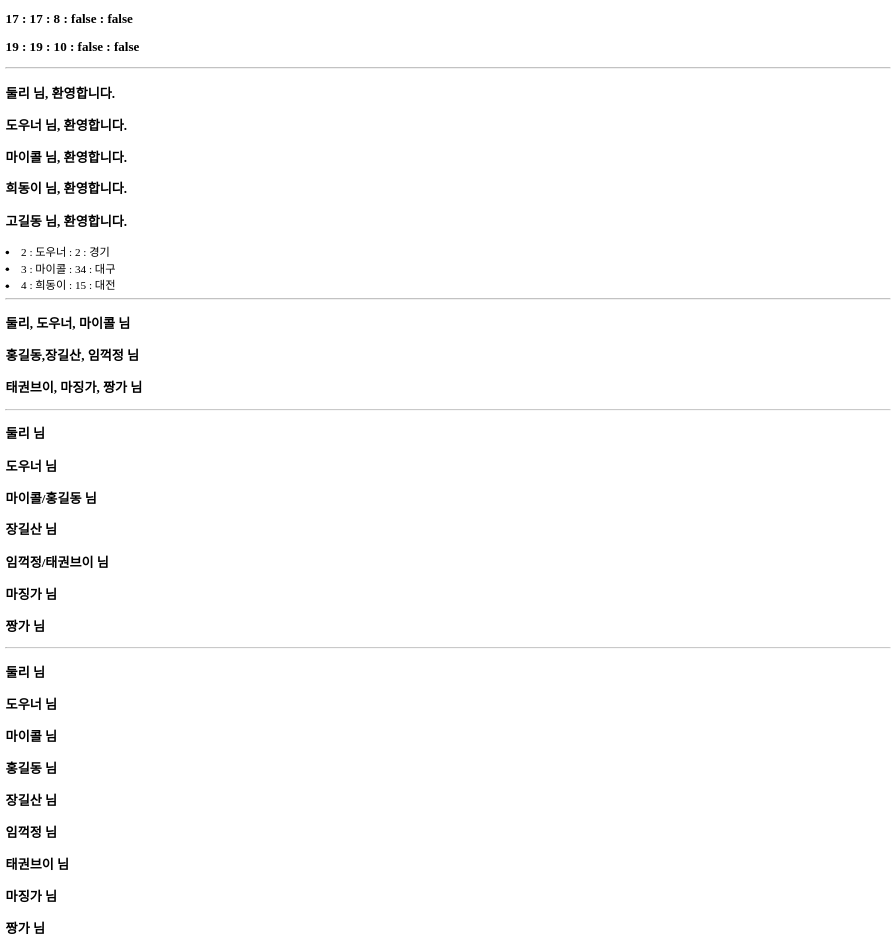
Repository: hagjun/jspstudy
Page: http://localhost/01_servlet/jsp/ex09_jstl.jsp
An editor plug-in stored every save of this project. The page is shown before and after a run of saves, followed by the edit.
The browser window is 1280 px wide. The pictures show the part of the page from y = 1385 to 3305 px (the page is 2743 px tall before and 3305 px after), at 70% of full size.
The page is served by Tomcat 9. Other server files are loaded and not shown.

Above is the page before, as saved 2024-03-07 03:41:31.

### 01_servlet/src/main/webapp/jsp/ex09_jstl.jsp
<%@page import="java.util.ArrayList"%>
<%@page import="java.util.List"%>
<%@page import="com.ict.db.VO"%>
<%@ page language="java" contentType="text/html; charset=UTF-8"
    pageEncoding="UTF-8"%>
<%@ taglib prefix="c" uri="http://java.sun.com/jsp/jstl/core" %>
<%@ taglib prefix="fmt" uri="http://java.sun.com/jsp/jstl/fmt" %>
<!DOCTYPE html>
<html>
<head>
<meta charset="UTF-8">
<title>JSTL</title>
</head>
<body>
<%--
	JSTL(JSP Standard Tag Library)
	1. 라이브러리 다운받아서 해당 프로젝트에 넣기 (tomcat.apache.org)
	2. 다운받은 4개의 파일을 WEB-INF 안에 lib 폴더를 만들어서 넣어주자.
	3. JSTL을 사용하기 위해서는 지시어 중 taglib 지시어 선언하고 사용한다. (보통은 page 지시어 밑에 사용)
		코어  : <%@ taglib prefix="c" uri="http://java.sun.com/jsp/jstl/core" %>
		포맷팅 : <%@ taglib prefix="fmt" uri="http://java.sun.com/jsp/jstl/fmt" %>
	4. 사용법  : 코어 = <c:사용명령어>, 포맷팅 = <fmt:사용명령어>
--%>
	<%-- 1. 변수생성 및 데이터 저장 : 디폴트는 pageContext 에 저장 --%>
	<%-- 변수생성 명령어 (set) => <c:set var="변수명" value="데이터값" ></c:set> --%>
	<c:set var="str" value="Hello JSTL!!" />

	<%-- 변수출력 명령어 (out) => <c:out value="출력할 데이터 또는 EL사용"/> --%>
	<c:out value="str"/> <br> <%-- str 문자열 출력 --%>
	<c:out value="${str }"/> <br> <%-- 변수값 str 출력 --%>

	<%-- pageContext에 저장되기 때문에 EL 사용 가능 --%>
	${str }

	<%-- 변수 삭제 (remove) --%>
	<c:remove var="str"/><%-- 변수 str --%>
	<c:out value="${str }"/>
	${str } <br>
	<hr>

	<%--
		if 문 : else 가 없다. 조건식이 참일 때 만 실행
		<c:if test="조건식(관계연산, 비교연산, 논리연산 -> EL방식으로 작성) var="변수""></c:if>
			조건식이 참일때 실행할 문장
	 --%>
	<c:if test="${4>3}" >
		<h2>결과 : 참이라서 실행</h2>
	</c:if>
	<hr>

	<c:if test="${4<3}" >
		<h2>결과 : 거짓이라서 실행불가</h2>
	</c:if>
	<hr>

	<%-- avg 가 80 이상이면 합격 >=(ge) --%>
	<c:set var="avg" value="90" />
	<%-- <c:if test="${avg >= 80 }"> --%>
	<c:if test="${avg ge 80 }">
		<h3>결과 : 합격</h3>
	</c:if>
	<hr>

	<%--
		if 문은 else 가 없어서 불편하다.
		대신에 choose 문 사용한다.
		switch 문과 비슷하다.
		c:otherwise => default 와 같다.

		<c:choose>
			<c:when test="조건식(관계연산, 비교연산, 논리연산 -> EL방식으로 작성)">참일때 실행</c:when>
			<c:when test="조건식(관계연산, 비교연산, 논리연산 -> EL방식으로 작성)">참일때 실행</c:when>
			<c:when test="조건식(관계연산, 비교연산, 논리연산 -> EL방식으로 작성)">참일때 실행</c:when>
			<c:otherwise>위의 조건이 맞지 않았을 때 (즉, 나머지)</c:otherwise>
		</c:choose>
	 --%>

	 <%-- avg 가 80 이상이면 합격 >=(ge) --%>
	 <c:set var="avg" value="77"></c:set>
	<c:choose>
		<c:when test="${avg ge 80 }">
			<h3>합격</h3>
		</c:when>
		<c:otherwise>
			<h3>불합격</h3>
		</c:otherwise>
	</c:choose>
	<hr>

	<%-- avg2 가 90이상이면 A학점, 80이상이면 B학점, 70이상이면 C학점, 나머지 F학점
		** 정수는 정수와 비교, 실수는 실수와 비교해야 된다.
	--%>
	<c:set var="avg2" value="89.4"></c:set>
	<c:choose>
		<c:when test="${avg2 ge 90.0 }">
			<h3>A학점</h3>
		</c:when>
		<c:when test="${avg2 ge 80.0 }">
			<h3>B학점</h3>
		</c:when>
		<c:when test="${avg2 ge 70.0 }">
			<h3>C학점</h3>
		</c:when>
		<c:otherwise>
			<h3>F학점</h3>
		</c:otherwise>
	</c:choose>
	<hr>
	<%-- for 문
			1. 일반적인 for 문
				<c:forEach begin="시작값" end="끝값" step="증가/감소"
				var="안에서 사용할 변수" varStatus="변수상태값"></c:forEach>

			2. 개선된 for 문
				<c:forEach var="사용할변수" items="배열이나 ArrayList를 EL형식으로 표션"></c:forEach>
	 --%>
	<h2>10~20까지 출력</h2>
	<c:forEach begin="10" end="20" step="1" var="k" varStatus="vs">
		<h3>${k} : ${vs.index } : ${vs.count } : ${vs.first } : ${vs.last }</h3>
	</c:forEach>
	<hr>

	<%-- 짝수만 출력 --%>
	<h2>10~20까지 짝수만 출력</h2>
	<c:forEach begin="10" end="20" step="1" var="k" varStatus="vs">
		<c:if test="${k%2 eq 0 }">
		<h3>${k} : ${vs.index } : ${vs.count } : ${vs.first } : ${vs.last }</h3>
		</c:if>
	</c:forEach>
	<hr>

	<h2>10~20까지 홀수만 출력</h2>
	<c:forEach begin="10" end="20" step="1" var="k" varStatus="vs">
		<c:if test="${k%2 eq 1 }">
		<h3>${k} : ${vs.index } : ${vs.count } : ${vs.first } : ${vs.last }</h3>
		</c:if>
	</c:forEach>
	<hr>

	<%-- 배열 생성 --%>
	<c:set var="arr_1" value="둘리, 도우너, 마이콜, 희동이, 고길동" />
	<c:forEach var="k" items="${arr_1}">
		<h3>${k} 님, 환영합니다.</h3>
	</c:forEach>



	<%
		// model 에서 ArrayList을 가져왔다고 치자
		VO vo1 = new VO("2", "도우너","2", "경기");
		VO vo2 = new VO("3", "마이콜","34", "대구");
		VO vo3 = new VO("4", "희동이","15", "대전");

		//  강제로 DB에서 처리한 것 처럼 list<VO>에 정보를 넣자.
		List<VO> list = new ArrayList<VO>();
		list.add(vo1);
		list.add(vo2);
		list.add(vo3);
		request.setAttribute("list", list);
	%>

	<c:forEach var="k" items="${list}">
		<li>${k.idx} : ${k.name} : ${k.age} : ${k.addr}</li>
	</c:forEach>
	<hr>

	<%-- 반복해서 나누기
		 <c:forTokens items="${배열이나 컬렉션 }" delims="구분자(/ ,(컴마))" var="변수명"></c:forTokens>
	 --%>

	<c:set var="arr_2" value="둘리, 도우너, 마이콜/홍길동,장길산, 임꺽정/태권브이, 마징가, 짱가" />
	<c:forTokens items="${arr_2}" delims="/" var="k">
		<h3>${k} 님</h3>
	</c:forTokens>

	<hr>
	<c:forTokens items="${arr_2}" delims="," var="k">
		<h3>${k} 님</h3>
	</c:forTokens>

	<hr>
	<c:forTokens items="${arr_2}" delims=", /" var="k">
		<h3>${k} 님</h3>
	</c:forTokens>

	<%-- redirect : 페이지이동 (request, response 새로 만들어진다. --%>
	<%-- <c:redirect url="ex07_EL.jsp"></c:redirect> --%>




</body>
</html>

### 01_servlet/src/main/java/com/ict/db/VO.java
package com.ict.db;

public class VO {
private String idx, name, age, addr ;

	public VO() {}
	public VO(String idx, String name, String age, String addr) {
		this.idx = idx;
		this.name = name;
		this.age = age;
		this.addr = addr;
	}

	public String getIdx() {
		return idx;
	}
	public void setIdx(String idx) {
		this.idx = idx;
	}
	public String getName() {
		return name;
	}
	public void setName(String name) {
		this.name = name;
	}
	public String getAge() {
		return age;
	}
	public void setAge(String age) {
		this.age = age;
	}
	public String getAddr() {
		return addr;
	}
	public void setAddr(String addr) {
		this.addr = addr;
	}


}

### 01_servlet/src/main/webapp/jsp/ex07_EL.jsp
<%@ page language="java" contentType="text/html; charset=UTF-8"
    pageEncoding="UTF-8"%>
<!DOCTYPE html>
<html>
<head>
<meta charset="UTF-8">
<title>Insert title here</title>
</head>
<body>
<%--
	EL(Expression Language) : 표현언어
	jsp <%= %> 대신에 사용한다.
	<%= 변수값 이나 메서드의 결과 %>  => ${변수나 메서드의 결과}

	앞에서 배운 pageContext, request, session, application 를 이용해서
	데이터를 저장한 정보를 EL 이나 JSTL를 이용하면 저장된 정보를 바로 사용할 수 있다.
--%>
	<h2>표현식을 사용한 산술연산</h2>
	<h3>
		<ul>
			<li>15 + 7 = <%=15+7 %> </li>
			<li>15 - 7 = <%=15-7 %></li>
			<li>15 * 7 = <%=15*7 %></li>
			<li>15 / 7 = <%=15/7 %></li>
			<li>15 % 7 = <%=15%7 %></li>
		</ul>
	</h3>
	<h2>EL을 사용한 산술연산</h2>
	<h3>
		<ul>
			<li>15 + 7 = ${15+7 } </li>
			<li>15 - 7 = ${15-7 }</li>
			<li>15 * 7 = ${15*7 }</li>
			<li>15 / 7 = ${15/7 }</li>
			<li>15 % 7 = ${15%7 }</li>
		</ul>
	</h3>

	<h2>표현식 변수 사용 예제</h2>
	<% int su = 157 + 47 ; %>
	<h3>결과 : <%= su %></h3>
	 <%-- EL 은 pageContext, request, session, application 에 저장되어야 사용 가능 --%>
	<h3>결과 : ${su }</h3>

	<% pageContext.setAttribute("su", su); %>
	<h3>결과 : ${su }</h3>
</body>
</html>

After the next 2 saves:
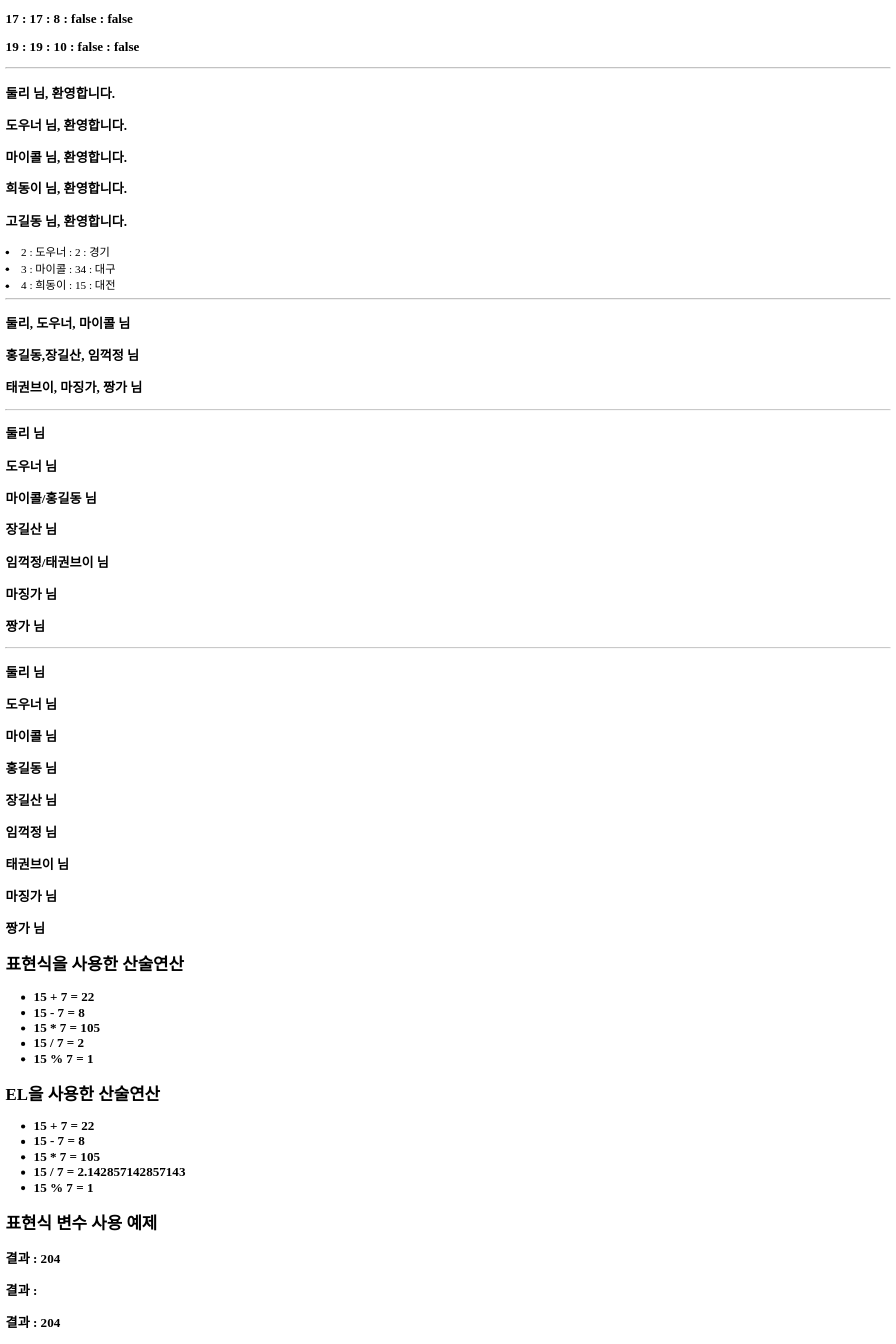
The 2 saves are shown as one change because they came seconds apart.
The last was saved 75 s later.
--- a/01_servlet/src/main/webapp/jsp/ex09_jstl.jsp
+++ b/01_servlet/src/main/webapp/jsp/ex09_jstl.jsp
@@ -186,7 +186,8 @@
 	<%-- redirect : 페이지이동 (request, response 새로 만들어진다. --%>
 	<%-- <c:redirect url="ex07_EL.jsp"></c:redirect> --%>
 
-
+	<%-- include 와 같음 --%>
+	<c:import url="ex07_EL.jsp"></c:import>
 
 
 </body>
